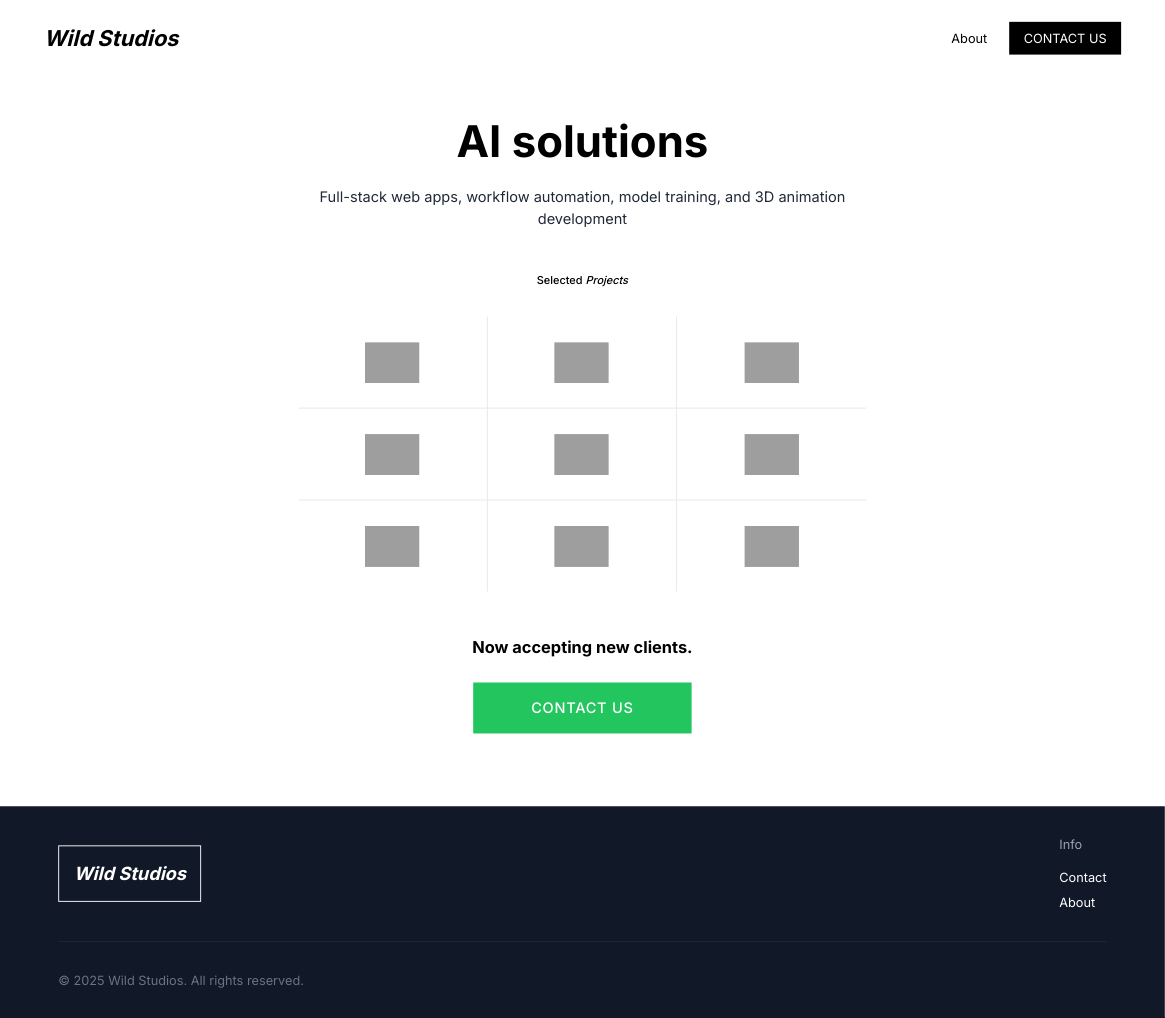
Repository: wpulier/wildstudio
Page: /
These files come from the project's save history. The page is drawn as it stood at one moment and after the next save; the edit follows.
The browser window is 1280 px wide. The pictures show the whole page, at 91% of full size.
Pictures or frames that could not be fetched are drawn as grey boxes. The project was rebuilt for these pictures with package versions that can differ from the ones it lists, and the page was loaded fresh each time. The framework's server and built-in components were replaced by stand-ins that run in the browser. Also part of the build but not shown: next.config.mjs.

Above is the page before, as saved 2025-03-01 14:10:43.

### src/app/layout.tsx
import type { Metadata } from "next";
import { Inter } from "next/font/google";
import "./globals.css";
import Footer from "./components/Footer";
import Navigation from "./components/Navigation";

const inter = Inter({ subsets: ["latin"] });

export const metadata: Metadata = {
  title: "Wild Studios | Design for the Digital Age",
  description: "Wild Studios designs products for the future. From digital interfaces to brand identities to immersive apps.",
};

export default function RootLayout({
  children,
}: Readonly<{
  children: React.ReactNode;
}>) {
  return (
    <html lang="en">
      <body className={inter.className}>
        <div className="flex flex-col min-h-screen">
          <Navigation />
          <main className="flex-grow mb-8">
            {children}
          </main>
          <Footer />
        </div>
      </body>
    </html>
  );
}

### src/app/page.tsx
import Link from 'next/link';
import { projects } from '@/data/projects';

export default function Home() {
  return (
    <>
      {/* Hero Section */}
      <section className="flex flex-col items-center justify-center text-center px-4 mt-8 md:mt-12">
        <h1 className="text-3xl md:text-5xl font-bold max-w-3xl">
          AI solutions
        </h1>

        <p className="mt-4 md:mt-6 max-w-2xl text-center text-sm md:text-base text-gray-800">
          Full-stack web apps, workflow automation, model training, and 3D animation development
        </p>
      </section>

      {/* Projects Grid Section */}
      <section className="px-4 md:px-6 py-12 mx-auto w-full max-w-2xl">
        <h2 className="text-xs font-medium text-center mb-8">
          Selected <span className="italic">Projects</span>
        </h2>

        {/* Project Grid */}
        <div className="mx-auto mb-12">
          <div className="grid grid-cols-3 mx-auto">
            {projects.map((project, index) => {
              const isRightBorder = index % 3 !== 2;
              const isBottomBorder = index < 6;

              return (
                <Link
                  key={index}
                  href={`/projects/${project.slug}`}
                  className={`
                    block
                    ${isRightBorder ? 'border-r border-gray-200' : ''}
                    ${isBottomBorder ? 'border-b border-gray-200' : ''}
                  `}
                >
                  <div className="h-[100px] w-full flex justify-center items-center group">
                    <img
                      src={project.logo}
                      alt={project.name}
                      className="w-[45%] h-[45%] object-contain transition-transform duration-200
                               group-hover:scale-110"
                    />
                  </div>
                </Link>
              );
            })}
          </div>
        </div>

        {/* CTA Section - Integrated with Projects section */}
        <div className="text-center mt-8">
          <p className="mb-6 font-bold text-lg">Now accepting new clients.</p>
          <Link
            href="/contact"
            className="inline-block bg-[#22c55e] hover:bg-[#16a34a] text-white py-4 px-16 uppercase tracking-wider text-base font-medium transition-colors duration-200"
          >
            CONTACT US
          </Link>
        </div>
      </section>
    </>
  );
}

### src/app/globals.css
@tailwind base;
@tailwind components;
@tailwind utilities;

:root {
  --foreground-rgb: 0, 0, 0;
  --background-rgb: 255, 255, 255;
}

body {
  color: rgb(var(--foreground-rgb));
  background: rgb(var(--background-rgb));
}

a {
  transition: color 0.2s ease;
}

button {
  transition: opacity 0.2s ease;
}

button:hover {
  opacity: 0.9;
}

### src/app/components/Footer.tsx
import Link from 'next/link';

export default function Footer() {
  return (
    <footer className="bg-gray-900 text-white py-6 md:py-8 px-4 md:px-12">
      <div className="max-w-6xl mx-auto">
        <div className="flex flex-col md:flex-row md:justify-between md:items-center">
          {/* Logo */}
          <div className="mb-6 md:mb-0">
            <div className="border border-white p-3 md:p-4 inline-block">
              <span className="text-lg md:text-xl italic font-bold">Wild Studios</span>
            </div>
          </div>

          {/* Simplified Navigation */}
          <div>
            <h4 className="text-xs md:text-sm text-gray-400 mb-2 md:mb-4">Info</h4>
            <ul className="space-y-1 md:space-y-2 text-sm">
              <li><Link href="/contact" className="hover:underline">Contact</Link></li>
              <li><Link href="/about" className="hover:underline">About</Link></li>
            </ul>
          </div>
        </div>

        <div className="mt-6 md:mt-8 pt-4 md:pt-8 border-t border-gray-800 text-xs md:text-sm text-gray-500">
          © {new Date().getFullYear()} Wild Studios. All rights reserved.
        </div>
      </div>
    </footer>
  );
}

### src/app/components/Navigation.tsx
import Link from 'next/link';

export default function Navigation() {
  return (
    <header className="flex justify-between items-center py-4 md:py-6 px-4 md:px-12">
      <Link href="/" className="text-xl md:text-2xl font-bold italic">
        Wild Studios
      </Link>
      <nav className="flex items-center space-x-3 md:space-x-6">
        <Link href="/about" className="text-sm hover:underline">About</Link>
        <Link href="/contact" className="text-sm bg-black text-white px-3 py-1.5 md:px-4 md:py-2">
          CONTACT US
        </Link>
      </nav>
    </header>
  );
}

### src/data/projects.ts
export interface Project {
  name: string;
  slug: string;
  logo: string;
  description: string;
}

export const projects: Project[] = [
  {
    name: "Spotify",
    slug: "spotify",
    logo: "https://upload.wikimedia.org/wikipedia/commons/thumb/8/84/Spotify_icon.svg/232px-Spotify_icon.svg.png",
    description: "Redesigning the listening experience"
  },
  {
    name: "Adobe",
    slug: "adobe",
    logo: "https://upload.wikimedia.org/wikipedia/commons/thumb/8/8d/Adobe_Corporate_Logo.png/220px-Adobe_Corporate_Logo.png",
    description: "Reimagining creative tools"
  },
  {
    name: "Tesla",
    slug: "tesla",
    logo: "https://upload.wikimedia.org/wikipedia/commons/thumb/b/bd/Tesla_Motors.svg/220px-Tesla_Motors.svg.png",
    description: "Future of automotive interfaces"
  },
  {
    name: "Airbnb",
    slug: "airbnb",
    logo: "https://upload.wikimedia.org/wikipedia/commons/thumb/6/69/Airbnb_Logo_B%C3%A9lo.svg/220px-Airbnb_Logo_B%C3%A9lo.svg.png",
    description: "Revolutionizing travel experiences"
  },
  {
    name: "Apple",
    slug: "apple",
    logo: "https://upload.wikimedia.org/wikipedia/commons/thumb/f/fa/Apple_logo_black.svg/220px-Apple_logo_black.svg.png",
    description: "Designing next-gen devices"
  },
  {
    name: "Slack",
    slug: "slack",
    logo: "https://upload.wikimedia.org/wikipedia/commons/thumb/d/d5/Slack_icon_2019.svg/220px-Slack_icon_2019.svg.png",
    description: "Transforming workplace communication"
  },
  {
    name: "Netflix",
    slug: "netflix",
    logo: "https://upload.wikimedia.org/wikipedia/commons/thumb/0/08/Netflix_2015_logo.svg/220px-Netflix_2015_logo.svg.png",
    description: "Reimagining streaming experiences"
  },
  {
    name: "Google",
    slug: "google",
    logo: "https://upload.wikimedia.org/wikipedia/commons/thumb/2/2f/Google_2015_logo.svg/220px-Google_2015_logo.svg.png",
    description: "Creating the search of tomorrow"
  },
  {
    name: "Twitter",
    slug: "twitter",
    logo: "https://upload.wikimedia.org/wikipedia/commons/thumb/6/6f/Logo_of_Twitter.svg/220px-Logo_of_Twitter.svg.png",
    description: "Redefining social conversations"
  }
];

### tailwind.config.js
/** @type {import('tailwindcss').Config} */
module.exports = {
  content: [
    "./src/app/**/*.{js,ts,jsx,tsx}",
    "./src/pages/**/*.{js,ts,jsx,tsx}",
    "./src/components/**/*.{js,ts,jsx,tsx}",
  ],
  theme: {
    extend: {},
  },
  plugins: [],
}

After the next save:
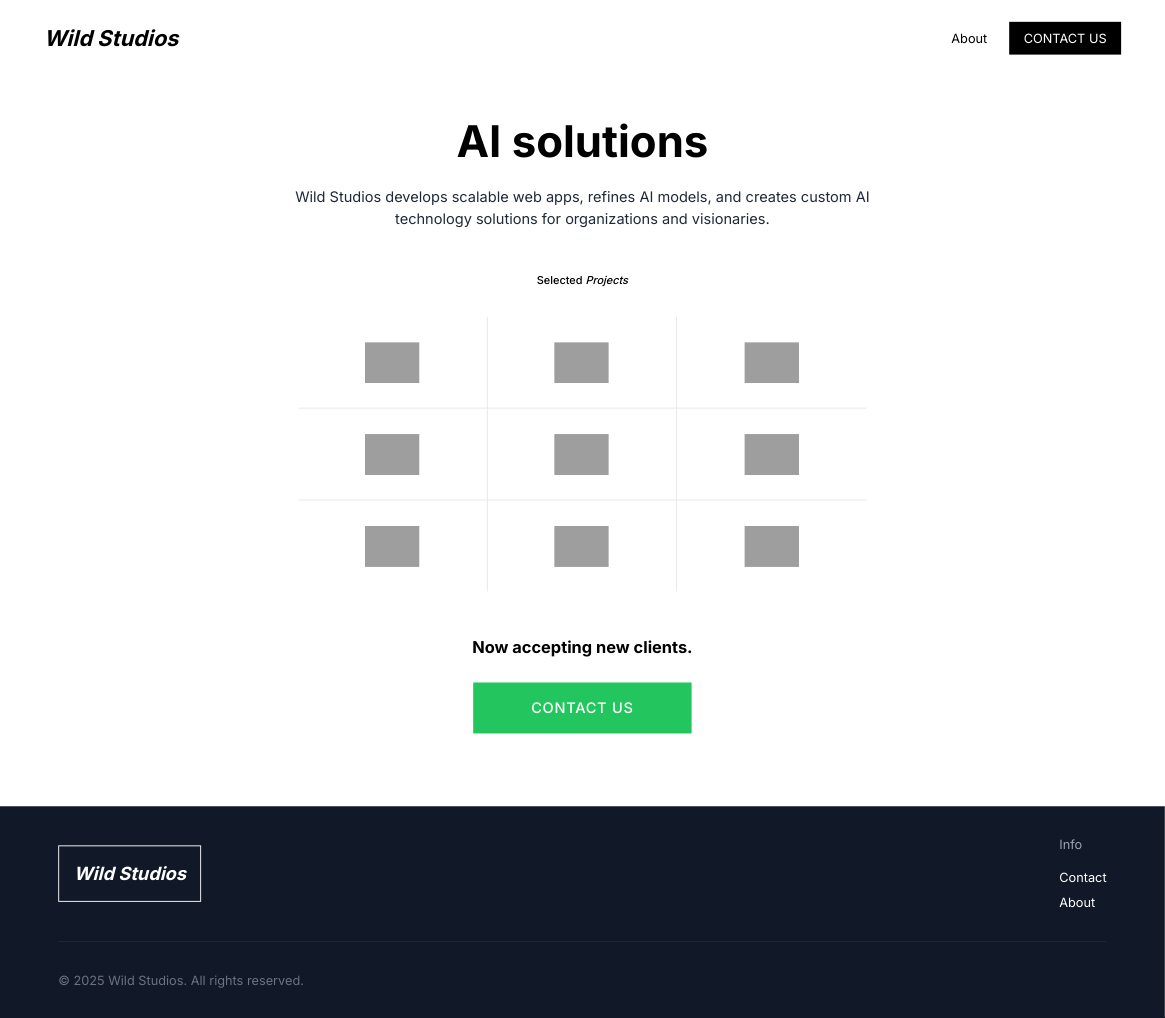
Saved 5 min 55 s later.
--- a/src/app/page.tsx
+++ b/src/app/page.tsx
@@ -11,7 +11,7 @@ export default function Home() {
         </h1>
 
         <p className="mt-4 md:mt-6 max-w-2xl text-center text-sm md:text-base text-gray-800">
-          Full-stack web apps, workflow automation, model training, and 3D animation development
+          Wild Studios develops scalable web apps, refines AI models, and creates custom AI technology solutions for organizations and visionaries.
         </p>
       </section>
 
